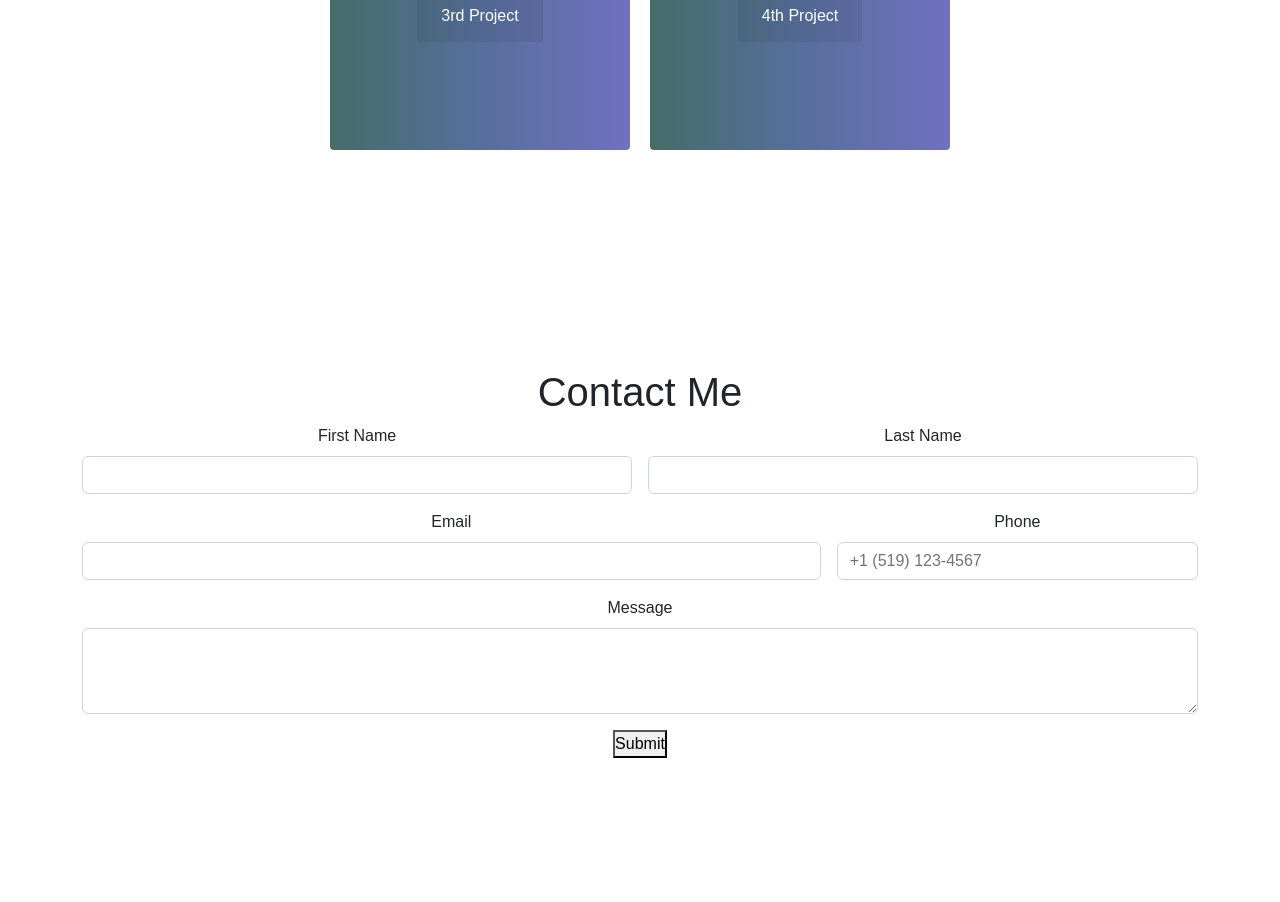
Repository: dvynchi/profile-2022
Page: index.html
The author's editor kept a copy of each file at every save. The page is drawn from the files as they stood at one save, then again after the next save.
The browser window is 1280 px wide. The pictures show the part of the page from y = 1667 to 2619 px (the page is 2569 px tall before and 2619 px after).
A picture or video elsewhere on the page could not be fetched, so the positions and the page height are approximate. Some web libraries are served in a nearby version.

Above is the page before, as saved 2022-08-17 17:17:21.

### index.html
<!DOCTYPE html>
<html lang="en">
<head>
    <meta charset="UTF-8">
    <meta http-equiv="X-UA-Compatible" content="IE=edge">
    <meta name="viewport" content="width=device-width, initial-scale=1.0">
    <title>Vincent Dim</title>
    <!-- embed remote icon library -->
    <script src="https://kit.fontawesome.com/f634dfbd28.js" crossorigin="anonymous"></script>
    <link rel="stylesheet" href="styles.css">
    <!-- embed remote style sheet - bootstrap -->
    <link rel="stylesheet" href="https://cdn.jsdelivr.net/npm/bootstrap@5.2.0/dist/css/bootstrap.min.css" rel="stylesheet" integrity="sha384-gH2yIJqKdNHPEq0n4Mqa/HGKIhSkIHeL5AyhkYV8i59U5AR6csBvApHHNl/vI1Bx" crossorigin="anonymous">
</head>

<body>

    <!-- Navbar Section -->

    <nav class="nav">
        <div class="navbar_container">
            <a href="#about" id="navbar_logo"><i class="fa fa-home fa" aria-hidden="true"></i></a>  <!--<a> is used to create hyperlink named color-->

                <!--create hamburger menu (3 bars)-->
            <div class="navbar_toggle" id="mobile-menu">
                <span class="bar"></span>
                <span class="bar"></span>
                <span class="bar"></span>
            </div>

            <!--CREATE NAV MENU-->
            <ul class="navbar_menu">
                <li class="navbar_item">
                    <a href="#about" class="navbar_links" id="about-page">About</a>
                </li>
                <li class="navbar_item">
                    <a href="#projects" class="navbar_links" id="projects-page">Projects</a>
                </li>
                <li class="navbar_item">
                    <a href="#contact" class="navbar_links" id="contact-page">Contact Me</a>
                </li>
            </ul>

            <!-- GitHub and Linkedin -->
            <ul class="icons">
                <li><a href="https://github.com/dvynchi/" class="github-icon"><span class="fa-brands fa-github"></span></a></li>
                <li><a href="#" class="linkedin-icon"><span class="fa-brands fa-linkedin-in"></span></a></li>
            </ul>
        </div>
    </nav>

    <!-- ABOUT and SIDEBAR -->
    <div class="main" id="about">
        <div class="main_container">
             <!-- SIDE BAR SECTION -->
             <div class="row">
                <div class="col-md-4 mt-1">
                    <div class="card text-center sidebar">
                        <div class="card-body">
                            <img src="vincent-image.jpg" class="rounded-circle" width="150" alt="profile picture here">
                            <div class="mt-3"><h3>Vincent Dim</h3>
                                <h2>Web Developer</h2>
                                <p>I am experienced at stuff...</p>
                            </div>
                        </div>
                    </div>
                </div>
                <!-- ABOUT SECTION -->
                <div class="col-md-8 mt-1">
                    <div class="card mb-3 content">
                        <h1 class="m-3 pt-3">About</h1>
                        <div class="card-body">
                            <div class="row">
                                <div class="col-md-3"><h5>Name</h5></div>
                                <div class="col-md-9 text-secondary"> Vincent Dim </div>
                            </div>
                            <hr> <!-- line break -->

                            <div class="row">
                                <div class="col-md-3"><h5>Email</h5></div>
                                <div class="col-md-9 text-secondary"> dvynchi@gmail.com</div>
                            </div>
                            <hr> <!-- line break -->

                            <div class="row">
                                <div class="col-md-3"><h5>Phone</h5></div>
                                <div class="col-md-9 text-secondary">647 704 2657</div>
                            </div>
                            <hr> <!-- line break -->

                            <div class="row">
                                <div class="col-md-3"><h5>Address</h5></div>
                                <div class="col-md-9 text-secondary">118 Vaughan Street, Guelph, ON</div>
                            </div>
                        </div>
                    </div>

                    <div class="card mb-3 content">
                        <h1 class="m-3">Portfolio</h1>
                        <div class="card-body">
                            <div class="row">
                                <div class="col-md-3">
                                    <h5>Current Portfolio</h5>
                                </div>
                                <div class="col-md-9 text-secondary">Link</div>
                            </div>
                        </div>
                    </div>
                </div>
            </div>
        </div>
    </div>


    <!-- PROJECTS SECTION (use image tag in place of p to insert an image)-->

    <div class="projects" id="projects">
        <h1>My Projects</h1>
        <div class="projects_wrapper">
            <div class="projects_card">
                <h2>1st Project title</h2>
                <p>Description proj 1...</p>
                <div class="projects_btn"><button>1st Project</button></div>
            </div>
            <!-- ------------------------- -->
            <div class="projects_card">
                <h2>2nd Project title</h2>
                <p>Description proj 2...</p>
                <div class="projects_btn"><button>2nd Project</button></div>
            </div>
            <!-- ------------------------- -->
            <div class="projects_card">
                <h2>3rd Project title</h2>
                <p>Description proj 3...</p>
                <div class="projects_btn"><button>3rd Project</button></div>
            </div>
            <!-- ------------------------- -->
            <div class="projects_card">
                <h2>4th Project title</h2>
                <p>Description proj 4...</p>
                <div class="projects_btn"><button>4th Project</button></div>
            </div>
        </div>
    </div>

    <!-- CONTACT SECTION (use image tag in place of p to insert an image)-->

    <div class="main" id="contact">
        <div class="main_container">
            <div class="main_content">
                <div class="container mt-5">
                    <h1>Contact Me</h1>
                    <!-- ----------- start grid (divide one row into cols) ----------->
                    <!-- ----------- Max container width is 12 ----------->
                    <!-- ----------- cols 1 + 2 = 100% , cols 3 + 4 = 100% ------->
                    <!-- ----------- 'required' ensures field must be filled --------->
                    <form class="row g-3" action="https://formsubmit.co/dvynchi@gmail.com" method="POST">

                        <!-- Honeypot -->
                        <input type="text" name="_honey" style="display: none">

                        <!-----------col1--medium column of 50% (ie: 6/12)--------->
                        <div class="col-md-6">
                            <label for="firstName" class="form-label">First Name</label>
                            <input type="text" class="form-control"  name="name" id="firstName" required>
                        </div>
                        <!---------------------col2 (ie: 6/12) ------------------------------>
                        <div class="col-md-6">
                            <label for="lastName" class="form-label">Last Name</label>
                            <input type="text" class="form-control" name="Last Name" id="lastName" required>
                        </div>
                        <!-- ---------------------- col3 wider (8/12) ----------------->
                        <div class="col-md-8">
                            <label for="emailInfo" class="form-label">Email</label>
                            <input type="email" class="form-control" name="email" id="emailInfo" required>
                        </div>
                        <!-- ---------------------- col4 wider (4/12) ----------------->
                        <div class="col-md-4">
                            <label for="phoneNumber" class="form-label">Phone</label>
                            <input type="text" class="form-control" name="phone" id="phoneNumber" placeholder="+1 (519) 123-4567">
                        </div>
                        <!-- -------- comments box is full width of the container ------>
                        <div class="col-md-12">
                            <label for="message" class="form-label">Message</label>
                            <textarea class="form-control" id="message" name="message" rows="3" required></textarea>
                        </div>
                        <!-- -------- Button ------>
                        <div class="col-md-12">
                            <!-- <button class="submit" id="btn btn-primary">Submit</button> -->
                            <!-- Had to use <a> so hover effect won't cover text. BUT THE FORM DOESN'T CLEAR-->
                            <button class="submit" id="btn btn-primary"><a> Submit</a></button>
                        </div>

                    </form>
                </div>
            </div>
        </div>
    </div>


    <!-- link app.js -->
    <!-- script tag is used to embed javascript-->
    <script src="app.js"></script>
</body>
</html>

### styles.css
* {
    box-sizing: border-box;
    margin: 0;
    padding: 0;
    font-family: 'Kumbh Sans', sans-serif;
    scroll-behavior: smooth;
}


/******************************************* NAV SECTION ***********************************************/
.nav {
    background: #131313;   /* Hex code */
    height: 80px;
    display: flex;
    justify-content: center;
    align-items: center;
    font-size: 1.4rem;        /* 1.4 * 16px */
    position: sticky;
    top: 0;
    z-index: 999;             /* so navbar is always on top when scrolling */
}

.navbar_container {
    display: flex;
    justify-content: space-between;
    text-align: center;
    height: 80px;
    z-index: 1;
    width: 100%;
    max-width: 1300px;
    margin: 0 auto ;           /* (top and bottom) (left and right) */
    padding: 0 50px;
}


/* id(#) is used to style only one element on the webpage */
/* class(.) is used to style multiple elements */


/* I added an icon as opposed to text */

#navbar_logo {
    margin: 10px;
    height: 60px;
    width: 60px;
    border-radius: 2px;
    display: flex;
    flex-direction: column;
    justify-content: center;
    color: #fff;
    background-image: linear-gradient(to right, #03324e 0%, #0e2d3e 100%);
}

.navbar_menu {
    display: flex;
    align-items: center;
    list-style: none;
}

.navbar_item {
    height: 80px;
}

.navbar_links {
    color: #fff;
    display: flex;
    align-items: center;
    justify-content: center;
    width: 125px;
    text-decoration: none;
    height: 100%;
    transition: all 0.3s ease;
}

/*Home icon properties*/
.navbar_btn {
    display: flex;
    justify-content: center;
    align-items: center;
    padding: 0 1rem;                         /* top bottom, left right */
    width: 100%;
}

/* nav links glow upon hover */
.navbar_links:hover {
    color:#1176b9;
    transition: all 0.3s ease;
}

/* RESPONSIVENESS */
/* site adjusts width of display */
/* If [device width] is less than or equal to max-width do {..} */

@media screen and (max-width: 960px) {
    .navbar_container {
        display: flex;
        justify-content: space-between;
        height: 80px;
        z-index: 1;
        width: 100%;
        max-width: 1300px;
        padding: 0;
    }

    /* DROPDOWN PROPERTIES */
    .navbar_menu {
        display: grid;
        grid-template-columns: auto;
        margin: 0;
        width: 100%;
        position: absolute;
        top: -1000px;               /* Prevents navbar from clustering together if page is below max-width. Must be used with position absolute */
        opacity: 1;
        transition: all 0.5s ease;
        z-index: -1;
    }

    .navbar_menu.active {
        background: #131313;
        top: 100%;
        opacity: 1;
        transition: all 0.5s ease;
        z-index: 99;
        height: 40vh;
        font-size: 1.6rem;
    }

    #navbar_logo {
        padding-left: 1px;       /* original padding was 25px */
    }

    /* HAMBURGER SECTION */

    .navbar_toggle .bar {
        width: 25px;
        height: 3px;
        margin: 5px auto;
        transition: all 0.3s ease-in-out;
        background: #fff;
    }

    .navbar_item {
        width: 100%;
    }

    .navbar_links {
        text-align: center;
        padding: 2rem;
        width: 100%;
        display: table;
    }

    .navbar_btn  {
        padding-bottom: 2rem;
    }

    /* HAMBURGER */

    #mobile-menu  {
        position: absolute;
        top: 20%;
        right: 5%;
        transform: translate(5%, 20%);
    }

    .navbar_toggle .bar {
        display: block;
        cursor: pointer;
    }

    /* hamburger menu animation (see app.js) */
    /* hamburger menu id was defined as 'mobile-menu' in index.html */
    /* rotate bars 1,3; but hide bar 2 */

    #mobile-menu.is-active .bar:nth-child(2)  {
        opacity: 0;
    }
    #mobile-menu.is-active .bar:nth-child(1) {
        transform: translateY(8px) rotate(45deg);
    }
    #mobile-menu.is-active .bar:nth-child(3) {
        transform: translateY(-8px) rotate(-45deg);
    }

}


/* SCROLL ATTRIBUTE - line under nav links*/
.highlight {
    border-bottom: 4px solid rgb(0, 162, 255);
}

/******************************************* ABOUT SECTION ***********************************************/

.main {
    background-color:  white;
    padding: 5rem 0;                        /* was 10rem, but too much space */
}

.main_container {
    display: grid;
    grid-template-columns: 1fr;      /*original was 1fr 1fr - split into two halves but not enough space */
    align-items: center;
    justify-content: center;
    margin: 0 auto;
    height: 90%;
    z-index: 1;
    width: 100%;
    max-width: 1300px;
    padding: 0 50px;
}

.main_container h3 {
    font-size: 2.5rem;
}


/* Mobile Responsiveness for About and Contact Section */

@media screen and (max-width: 1100px) {
    main_container
    {
        display: grid;
        grid-template-columns: 1fr;
        align-items: center;
        justify-content: center;
        width: 100%;
        margin: 0 auto;
        height: 90%;
    }

    .main_content  {
        text-align: center;
        margin-bottom: 4rem;
    }

    .main_content h1  {
        font-size: 2.5rem;
        margin-top: 2rem;
    }

    .main_content h2  {
        font-size: 2.5rem;
    }

    .main_content p  {
        font-size: 1rem;
        margin-top: 1.5rem;
    }
}


/******************************************* PROJECTS SECTION ***********************************************/

.projects {
    background: white;
    display: flex;
    flex-direction: column;
    justify-content: center;
    align-items: center;
    height: 100%;
    padding: 5rem 0;                                 /* was 10rem, but too much space */
  }

.projects h1 {
    background-color: #6325a1;
    background-image: linear-gradient(to top, #10234c 0%, #724030 100%);
    background-size: 100%;
    -webkit-background-clip: text;
    -moz-background-clip: text;
    -webkit-text-fill-color: transparent;
    -moz-text-fill-color: transparent;
    margin-bottom: 5rem;
    font-size: 2.5rem;
}

.projects_wrapper {
    display: grid;
    grid-template-columns: 1fr 1fr 1fr 1fr;     /* add more per new project */
    grid-template-rows: 1fr;
}

/* Add color to each project card */

.projects_card {
    margin: 10px;
    height: 400px;
    width: 300px;
    border-radius: 4px;
    display: flex;
    flex-direction: column;
    justify-content: center;
    color: #fff;
    background-image: linear-gradient(to right,#3b837e, #627aa6, #6f6fb9);
    transition: 0.3s ease-in;
}

.projects_card:nth-child(2) {
    background: #7F7FD5;  /* fallback for old browsers */
    background: -webkit-linear-gradient(to right, #3b837e, #627aa6, #6f6fb9);  /* Chrome 10-25, Safari 5.1-6 */
    background: linear-gradient(to right, #456c69, #576f9c, #7070bf);
}

.projects_card:nth-child(3) {
    background: #7F7FD5;  /* fallback for old browsers */
    background: -webkit-linear-gradient(to right, #3b837e, #627aa6, #6f6fb9);  /* Chrome 10-25, Safari 5.1-6 */
    background: linear-gradient(to right, #456c69, #576f9c, #7070bf);
}

.projects_card:nth-child(4) {
    background: #7F7FD5;
    background: -webkit-linear-gradient(to right, #3b837e, #627aa6, #6f6fb9);
    background: linear-gradient(to right, #456c69, #576f9c, #7070bf);
}

.projects_card:nth-child(5) {
    background: #7F7FD5;
    background: -webkit-linear-gradient(to right, #3b837e, #627aa6, #6f6fb9);
    background: linear-gradient(to right, #456c69, #576f9c, #7070bf);
}

.projects_card:nth-child(6) {
    background: #7F7FD5;
    background: -webkit-linear-gradient(to right, #3b837e, #627aa6, #6f6fb9);
    background: linear-gradient(to right, #456c69, #576f9c, #7070bf);
}

.projects_card h2 {
    text-align: center;
}

.projects_card h3 {
    text-align: center;
}

.projects_card p {
    text-align: center;
    margin-top: 24px;
    font-size: 20px;
}

.projects_btn {
    display: flex;
    justify-content: center;
    margin-top: 16px;
}

/* button properties and animation. The entire card is the button */

.projects_card button {
    color: #fff;
    padding: 14px 24px;
    border: none;
    outline: none;
    border-radius: 4px;
    background: #13131313;
    font-size: 1rem;
}

.projects_card button:hover {
    cursor: pointer;
}

.projects_card:hover {
    transform: scale(1.075);
    transition: 0.3s ease-in;
    cursor: pointer;
}

/* split cards into grid at specified browser width */

@media screen and (max-width: 1300px) {
    .projects_wrapper {
        grid-template-columns: 1fr 1fr;
    }
}

@media screen and (max-width: 768px) {
    .projects_wrapper {
        grid-template-columns: 1fr;
    }
}

/******************************************* CONTACT SECTION ***********************************************/


.main_content {
    text-align: center;
    margin-bottom: 4rem;
}

.main_content h1 {
    font-size: 2.5rem;
    margin-top: 2rem;
}

.main_content h2 {
    font-size: 2.5rem;
}

.main_content p {
    font-size: 1rem;
    margin-top: 1.5rem;
}




/*
.submit {
    font-size: 1.5rem;
    background: #7F7FD5;
    background: -webkit-linear-gradient(to right, #3b837e, #627aa6, #6f6fb9);
    background: linear-gradient(to right, #456c69, #576f9c, #7070bf);
    padding: 5px 15px;
    border: none;
    outline: none;
    border-radius: 4px;
    margin-top: 2rem;
    cursor: pointer;
    position: relative;
    color: rgb(234, 216, 216);
    transition: all 0.3s ease;
    outline: none;
}

.submit a {
    position: relative;
    z-index: 2;
    color: #fff;
    text-decoration: none;
} */

/* hover effect for button */
/* .submit::after {
    position: absolute;
    content: '';
    top: 0;
    left: 0;
    width: 0;
    height: 100%;
    background: #740274;
    transition: all 0.35s;
    border-radius: 4px;
}

.submit:hover {
    color: rgb(255, 255, 255);
}

.submit:hover:after {
    width: 100%;
}  */

### app.js
const ham = document.querySelector('#mobile-menu');
const hamLinks = document.querySelector('.navbar_menu');
// const navLogo = document.querySelector('#navbar_logo')

/* display mobile menu using arrow function */
/* toggle the "is-active" class made in css */

const mobileMenu = () =>
{
    ham.classList.toggle('is-active');
    hamLinks.classList.toggle('active');
};

/* Run hamMenu function upon click */
ham.addEventListener('click', mobileMenu);




/************************************* Unnecessary ****************************************************** */


/* Show active menu when scrolling - Auto switch navbar when scrolling */

const highlightMenu = () =>
{
    const elem = document.querySelector('.highlight')
    const homeMenu = document.querySelector('#about-page')
    const aboutMenu = document.querySelector('#projects-page')
    const contactMenu = document.querySelector('#contact-page')

    let scrollPos = window.scrollY

      //   Add highlights class to menu items [desktop view only i.e 960px]
      //   Every 600px while scrolling, the tabs auto switch to the corresponding page
    if (window.innerWidth > 960 && scrollPos < 600)
    {
        homeMenu.classList.add('highlight')
        aboutMenu.classList.remove('highlight')
        return;
    }
    else if (window.innerWidth > 960 && scrollPos < 1400)
    {
        aboutMenu.classList.add('highlight')
        homeMenu.classList.remove('highlight')
        contactMenu.classList.remove('highlight')
        return;
    }
    else if (window.innerWidth > 960 && scrollPos < 2345)
    {
        contactMenu.classList.add('highlight')
        aboutMenu.classList.remove('highlight')
        return;
    }

    if ((elem && window.innerWidth < 960 && scrollPos < 600) || elem)
    {
        elem.classList.remove('highlight')
    }

}

// call highlightMenu
window.addEventListener('scroll', highlightMenu);
window.addEventListener('click', highlightMenu);

After the next save:
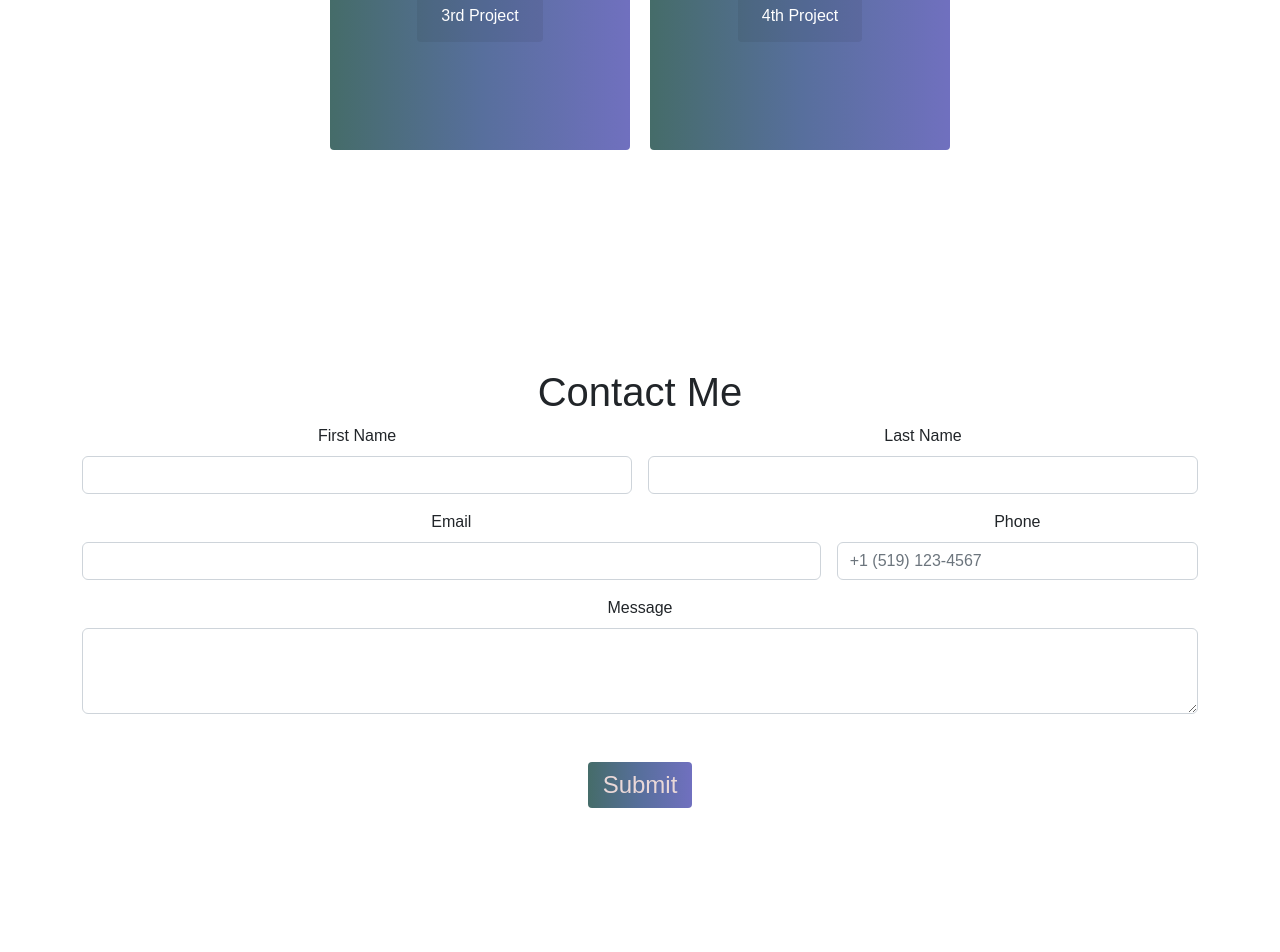
Saved 13 s later.
--- a/styles.css
+++ b/styles.css
@@ -406,7 +406,7 @@
 
 
 
-/*
+
 .submit {
     font-size: 1.5rem;
     background: #7F7FD5;
@@ -429,10 +429,10 @@
     z-index: 2;
     color: #fff;
     text-decoration: none;
-} */
+}
 
 /* hover effect for button */
-/* .submit::after {
+.submit::after {
     position: absolute;
     content: '';
     top: 0;
@@ -450,4 +450,4 @@
 
 .submit:hover:after {
     width: 100%;
-}  */
+}
